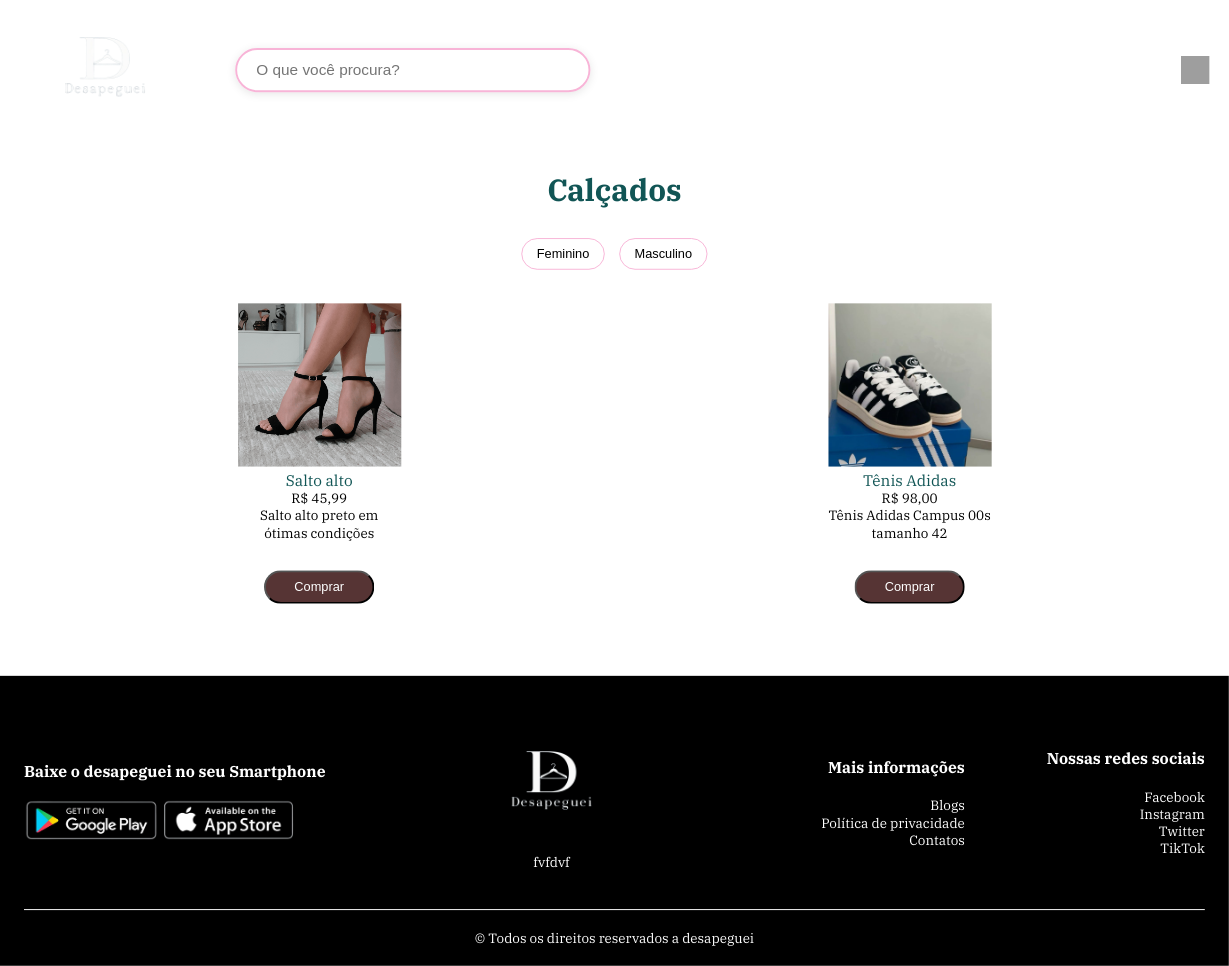
Repository: lanai-giani/Desapeguei
Page: http://localhost/desapeguei/categorias/calcados.php
An editor plug-in stored every save of this project. The page is shown before and after the next save, followed by the edit.
The browser window is 1280 px wide. The pictures show the whole page, at 96% of full size.
Pictures or frames that could not be fetched are drawn as grey boxes. The page is run by PHP 8.4 with error messages shown; the project is at /var/www/html/. The database holds what the project's SQL file puts in it.

Above is the page before, as saved 2025-06-27 18:29:01.

### categorias/calcados.php
<?php
session_start();
require_once __DIR__ . '/../php/conexao.php';

$categoria = 'calcados';

$stmt = $pdo->prepare("SELECT * FROM anuncios WHERE categoria = ?");
$stmt->execute([$categoria]);
$anuncios = $stmt->fetchAll();
?>
<!DOCTYPE html>
<html lang="pt-br">
<head>
    <meta charset="UTF-8" />
    <meta name="viewport" content="width=device-width, initial-scale=1" />
    <title>Calçados | desapeguei</title>
    <link rel="stylesheet" href="../assets/css/style.css" />
</head>
<body>
<div class="navbar">
        <div class="logo">
            <a href="../index.php"><img src="../assets/img/logoTeste.png" alt="desapeguei" width="180"></a>
        </div>
        <form class="barra-pesquisa" action="#" method="GET">
            <input type="search" name="q" placeholder="O que você procura?">
        </form>
        <nav>
            <ul id="menuItens">
                <li><a href="../index.php">Início</a></li>
                <li><a href="#">Produtos</a></li>
                <li><a href="../php/verifica_venda.php">Vender</a></li>
                <?php if (isset($_SESSION['usuario'])): ?>
                    <li class="dropdown">
                        <a href="../php/minha_conta.php" class="dropbtn">Minha Conta</a>
                        <div class="dropdown-content">
                            <a href="../php/logout.php">Sair</a>
                        </div>
                    </li>
                <?php else: ?>
                    <li><a href="../cadastro.html">Cadastrar/Entrar</a></li>
                <?php endif; ?>
            </ul>
        </nav>
        <img src="../assets/img/carrinho (2).png" alt="Carrinho" width="30" height="30">
        <img src="../assets/img/menu.png" alt="" class="menuCelular" onclick="menuCelular()">
    </div>

    <div class="container">
        <h1 class="titulo-categoria">Calçados</h1>
        <div class="filtros">
            <button class="btn-filtro">Feminino</button>
            <button class="btn-filtro">Masculino</button>
        </div>
        <div class="linha produtos-container">
            <?php if (count($anuncios) > 0): ?>
                <?php foreach ($anuncios as $anuncio): ?>
                    <div class="col-4 produto">
                        <?php
                            $imagens = explode(',', $anuncio['imagens']);
                            $imagem_principal = $imagens[0] ?? 'assets/img/placeholder.png';
                        ?>
                        <img src="../uploads/<?= htmlspecialchars($imagem_principal) ?>" alt="<?= htmlspecialchars($anuncio['titulo']) ?>">
                        <h4><?= htmlspecialchars($anuncio['titulo']) ?></h4>
                        <p>R$ <?= number_format($anuncio['preco'], 2, ',', '.') ?></p>
                        <p><?= htmlspecialchars($anuncio['descricao']) ?></p>
                        <button class="btn">Comprar</button>
                    </div>
                <?php endforeach; ?>
            <?php else: ?>
                <p>Não há anúncios nessa categoria ainda.</p>
            <?php endif; ?>
        </div>
    </div>

    <footer class="rodape">
        <div class="container">
            <div class="linha">
                <div class="rodape-col-1">
                    <h3>Baixe o desapeguei no seu Smartphone</h3>
                    <div class="app-logo">
                        <img src="../assets/img/google.png" alt="">
                        <img src="../assets/img/apple.png" alt="">
                    </div>
                </div>

                <div class="rodape-col-2">
                    <img src="../assets/img/logoTeste.png" alt="">
                    <p>fvfdvf</p>
                </div>

                <div class="rodape-col-3">
                    <h3>Mais informações</h3>
                    <ul>
                        <li>Blogs</li>
                        <li>Política de privacidade</li>
                        <li>Contatos</li>
                    </ul>
                </div>

                <div class="rodape-col-4">
                    <h3>Nossas redes sociais</h3>
                    <ul>
                        <li>Facebook</li>
                        <li>Instagram</li>
                        <li>Twitter</li>
                        <li>TikTok</li>
                    </ul>
                </div>
            </div>
            <hr>
            <p class="direitos"> &#169; Todos os direitos reservados a desapeguei </p>
        </div>
    </footer>

    <script type="module" src="https://unpkg.com/ionicons@7.1.0/dist/ionicons/ionicons.esm.js"></script>
    <script nomodule src="https://unpkg.com/ionicons@7.1.0/dist/ionicons/ionicons.js"></script>
    <script src="../assets/js/app.js"></script>

</body>
</html>

### php/conexao.php
<?php
$host = 'localhost';
$db   = 'sistema_login';
$user = 'root';
$pass = '';

try {
    $pdo = new PDO("mysql:host=$host;dbname=$db", $user, $pass);
    $pdo->setAttribute(PDO::ATTR_ERRMODE, PDO::ERRMODE_EXCEPTION);
} catch (PDOException $e) {
    die("Erro de conexão: " . $e->getMessage());
}
?>

### sistema_login.sql (the tables this page reads)
CREATE TABLE `anuncios` (
  `id` int(11) NOT NULL,
  `usuario_id` int(11) NOT NULL,
  `titulo` varchar(255) NOT NULL,
  `descricao` text NOT NULL,
  `estado` enum('novo','usado') NOT NULL,
  `categoria` varchar(50) NOT NULL,
  `preco` decimal(10,2) NOT NULL,
  `imagens` text DEFAULT NULL,
  `data_criacao` datetime DEFAULT current_timestamp(),
  `subcategoria` varchar(100) DEFAULT NULL
) ENGINE=InnoDB DEFAULT CHARSET=utf8mb4 COLLATE=utf8mb4_general_ci;

INSERT INTO `anuncios` (`id`, `usuario_id`, `titulo`, `descricao`, `estado`, `categoria`, `preco`, `imagens`, `data_criacao`, `subcategoria`) VALUES
(12, 1, 'Body Infantil azul', 'Body Infantil azul de algodão', 'novo', 'kids', 23.90, '685f0bc3989ef_body_bebe_algodao_manga_curta_gola_americana_branco_comfort_13973_1_507729b51520db4858a4d6e93a55282d_20250610141955.webp', '2025-06-27 18:23:15', 'body'),
(13, 1, 'Notebook Acer Aspire 3 ', 'Notebook Acer Aspire 3 Intel Pentium 4417U 4GB 500GB HD A315-53-P884', 'usado', 'eletronicos', 875.99, '685f0da88bdee_notebook_acer_aspire_3_intel_pentium_4417u_4gb_500gb_hd_a315_53_p884_usado_9049_1_c5a78ac9a4c78421d7d76a576e905a97.webp', '2025-06-27 18:31:20', 'notebook'),
(14, 1, 'Salto alto ', 'Salto alto preto em ótimas condições', 'usado', 'calcados', 45.99, '685f0eea4cda7_29-1_640x640+fill_ffffff.png', '2025-06-27 18:36:42', 'salto'),
(15, 1, 'Bolsa bege nova', 'nunca usada, de couro sintético', 'novo', 'bolsas', 22.50, '685f117f190b1_br-11134207-7r98o-lzexsnpqcyf5fe.jpg', '2025-06-27 18:47:43', 'carteira'),
(16, 1, 'Gloss Romand', 'Gloss Romand cor 01 Peony Ballet\r\nUsado apenas uma vez', 'usado', 'beleza', 50.00, '685f132613e08_6abc028a8b9a3a68849e77e9ef6f05d951e89f5e_original.jpeg', '2025-06-27 18:54:46', 'maquiagem'),
(18, 1, 'O corvo', 'Livro de Edgar Allan Poe', 'usado', 'livros', 20.00, '6866f11690e64_1xg.avif', '2025-07-03 18:07:34', 'terror'),
(20, 1, 'Top de alça xadrez', 'Top tamanho M', 'usado', 'vestuario', 49.99, '68677a684ed08_Design sem nome.jpg', '2025-07-04 03:53:28', 'camisa'),
(22, 1, 'Anel Life Maxi IV Vivara', 'Anel Life Maxi IV Ondas em Prata 925 com Pedras Incolores, 7.3mm\r\ntamanho 20', 'usado', 'acessorios', 219.99, '6869e3ad72444_d74cf30a-e8f3-48ae-9654-29145d4909f0.jpg', '2025-07-05 23:47:09', 'joias'),
(23, 1, 'Colar Life Colors Romanel', 'Colar Life Colors II em Prata 925 com Cristais Rosas e Roxos, 40cm', 'usado', 'acessorios', 132.99, '6869e42e5a9cf_71a98cee-86b7-41f4-8222-31badad6fbdd.jpg', '2025-07-05 23:49:18', 'colar'),
(25, 3, 'Tênis Adidas', 'Tênis Adidas Campus 00s tamanho 42', 'usado', 'calcados', 98.00, '686b5e60c5e2b_campus.jpg', '2025-07-07 02:42:56', 'tenis');

ALTER TABLE `anuncios`
  ADD PRIMARY KEY (`id`),
  ADD KEY `usuario_id` (`usuario_id`);

ALTER TABLE `anuncios`
  MODIFY `id` int(11) NOT NULL AUTO_INCREMENT, AUTO_INCREMENT=26;

ALTER TABLE `anuncios`
  ADD CONSTRAINT `anuncios_ibfk_1` FOREIGN KEY (`usuario_id`) REFERENCES `usuarios` (`id`) ON DELETE CASCADE;

Loaded but not shown: assets/js/app.js (126 lines, source omitted); assets/css/style.css (974 lines, source omitted)

After the next save:
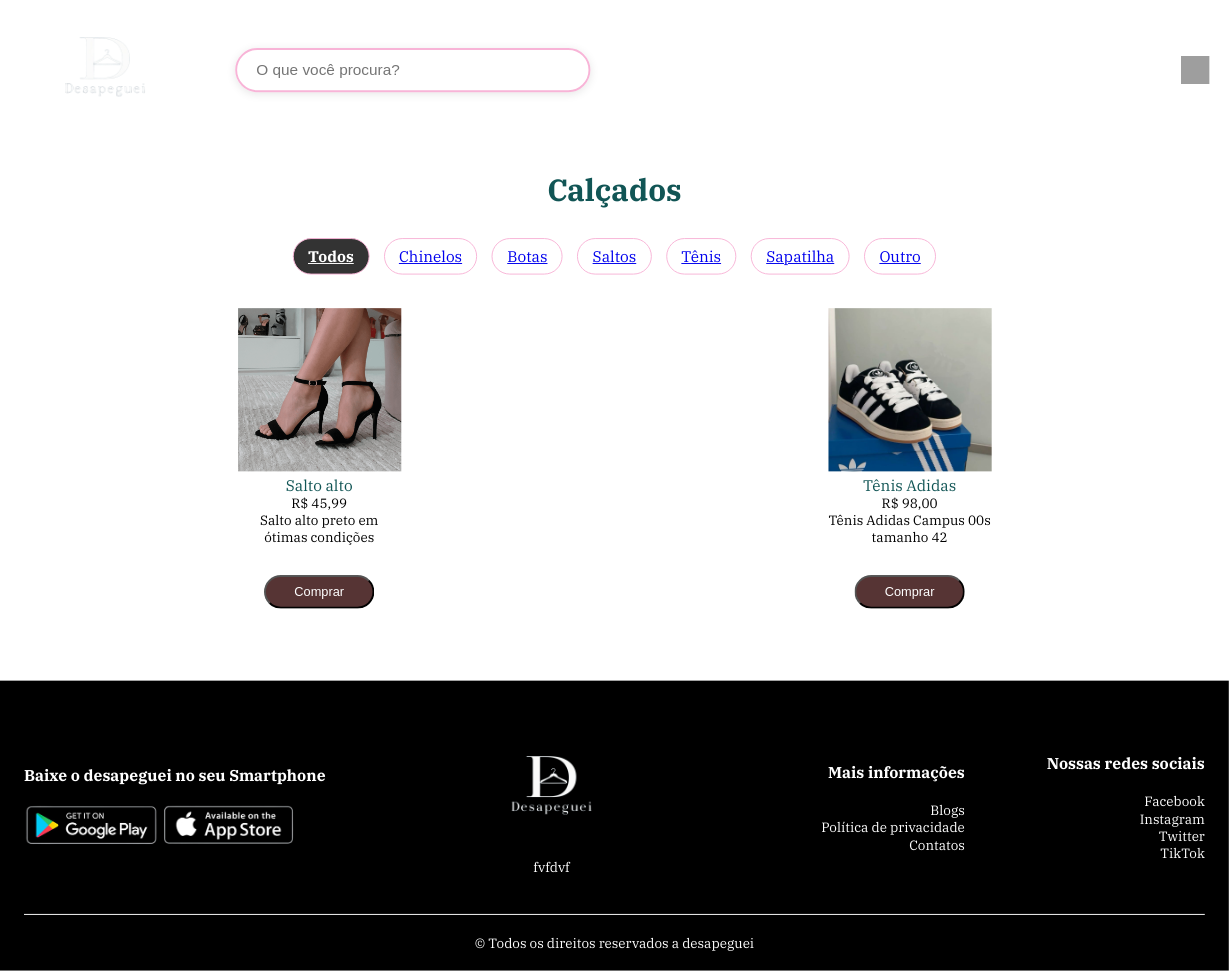
Saved 6 min 18 s later.
--- a/categorias/calcados.php
+++ b/categorias/calcados.php
@@ -3,11 +3,19 @@
 require_once __DIR__ . '/../php/conexao.php';
 
 $categoria = 'calcados';
+$subcategoria = $_GET['subcategoria'] ?? '';
 
-$stmt = $pdo->prepare("SELECT * FROM anuncios WHERE categoria = ?");
-$stmt->execute([$categoria]);
+if ($subcategoria) {
+    $stmt = $pdo->prepare("SELECT * FROM anuncios WHERE categoria = ? AND subcategoria = ?");
+    $stmt->execute([$categoria, $subcategoria]);
+} else {
+    $stmt = $pdo->prepare("SELECT * FROM anuncios WHERE categoria = ?");
+    $stmt->execute([$categoria]);
+}
+
 $anuncios = $stmt->fetchAll();
 ?>
+
 <!DOCTYPE html>
 <html lang="pt-br">
 <head>
@@ -47,10 +55,18 @@
 
     <div class="container">
         <h1 class="titulo-categoria">Calçados</h1>
+
         <div class="filtros">
-            <button class="btn-filtro">Feminino</button>
-            <button class="btn-filtro">Masculino</button>
+            <a href="calcados.php" class="btn-filtro <?= empty($_GET['subcategoria']) ? 'ativo' : '' ?>">Todos</a>
+            <a href="calcados.php?subcategoria=chinela" class="btn-filtro <?= ($_GET['subcategoria'] ?? '') === 'chinela' ? 'ativo' : '' ?>">Chinelos</a>
+            <a href="calcados.php?subcategoria=bota" class="btn-filtro <?= ($_GET['subcategoria'] ?? '') === 'bota' ? 'ativo' : '' ?>">Botas</a>
+            <a href="calcados.php?subcategoria=salto" class="btn-filtro <?= ($_GET['subcategoria'] ?? '') === 'salto' ? 'ativo' : '' ?>">Saltos</a>
+            <a href="calcados.php?subcategoria=tenis" class="btn-filtro <?= ($_GET['subcategoria'] ?? '') === 'tenis' ? 'ativo' : '' ?>">Tênis</a>
+            <a href="calcados.php?subcategoria=sapatilha" class="btn-filtro <?= ($_GET['subcategoria'] ?? '') === 'sapatilha' ? 'ativo' : '' ?>">Sapatilha</a>
+            <a href="calcados.php?subcategoria=outro" class="btn-filtro <?= ($_GET['subcategoria'] ?? '') === 'outro' ? 'ativo' : '' ?>">Outro</a>
+
         </div>
+
         <div class="linha produtos-container">
             <?php if (count($anuncios) > 0): ?>
                 <?php foreach ($anuncios as $anuncio): ?>
